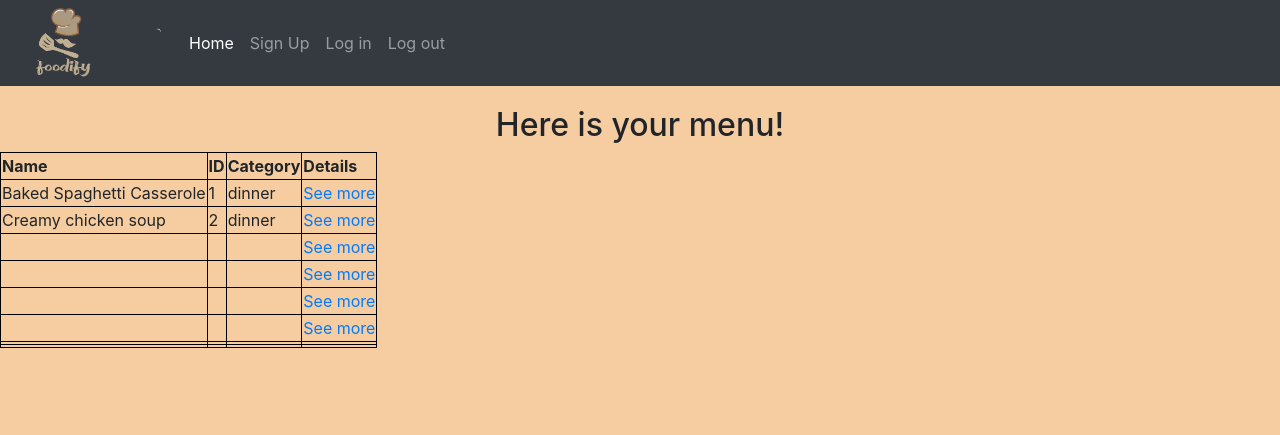
Repository: RanaHisham18/Foodify-Web-App
Page: Project IA raghda/usermenu.html
These files come from the project's save history. The page is drawn as it stood at one moment and after a run of saves; the edit follows.
The browser window is 1280 px wide. The pictures show the whole page.

Above is the page before, as saved 2022-01-06 18:27:58.

### Project IA raghda/usermenu.html
<!DOCTYPE html>
<html lang="en">
<head>
    <meta charset="UTF-8">
    <meta http-equiv="X-UA-Compatible" content="IE=edge">
    <meta name="viewport" content="width=device-width, initial-scale=1.0">
    <link rel="stylesheet" href="https://maxcdn.bootstrapcdn.com/bootstrap/4.0.0/css/bootstrap.min.css"
     integrity="sha384-Gn5384xqQ1aoWXA+058RXPxPg6fy4IWvTNh0E263XmFcJlSAwiGgFAW/dAiS6JXm" crossorigin="anonymous">
     <link rel ="stylesheet" href="usermenu.css">
    <title>Document</title>
</head>
<body>
    <!--Navigation Bar-->
 <nav class="navbar navbar-expand-lg navbar-dark bg-dark sticky-top">
    <img class="image" src="images/foodify.png" alt="Foodify logo">

       <button class="navbar-toggler" type="button" data-bs-toggle="collapse" data-bs-target="#navbarScroll" aria-controls="navbarScroll" aria-expanded="false" aria-label="Toggle navigation">
         <span class="navbar-toggler-icon"></span>
       </button>
     <div class="container-fluid">
         <div class="collapse navbar-collapse" id="navbarScroll">
           <ul class="navbar-nav me-auto my-2 my-lg-0 navbar-nav-scroll" style="--bs-scroll-height: 100px;">
             <li class="nav-item">
               <a class="nav-link active" aria-current="page" href="home.php">Home</a>
             </li>
             <li class="nav-item">
               <a class="nav-link" href="register.php">Sign Up</a>
             </li>
             <li class="nav-item">
               <a class="nav-link" href="login.php">Log in</a>
             </li>
             <li class="nav-item">
               <a class="nav-link" href="login.php">Log out</a>

             </li>
           </ul>

         </div>
       </div>
   </nav>

   <h2>Here is your menu!</h2>

   <table>
<tr>
    <th>Name</th>
    <th>ID</th>
    <th>Category</th>
    <th>Details</th>
</tr>

<tr>
    <td> Baked Spaghetti Casserole</td>
    <td>1</td>
    <td>dinner</td>
    <td><a href="dinner.html">See more</a></td>
</tr>

<tr>
    <td>Creamy chicken soup</td>
    <td>2</td>
    <td>dinner</td>
    <td><a href="dinner.html">See more</a></td>
</tr>

<tr>
    <td></td>
    <td></td>
    <td></td>
    <td><a href="dinner.html">See more</a></td>
</tr>
<tr>
    <td></td>
    <td></td>
    <td></td>
    <td><a href="dinner.html">See more</a></td>
</tr>
<tr>
    <td></td>
    <td></td>
    <td></td>
    <td><a href="dinner.html">See more</a></td>
</tr>
<tr>
    <td></td>
    <td></td>
    <td></td>
    <td><a href="dinner.html">See more</a></td>
</tr>
<tr>
    <td></td>
    <td></td>
    <td></td>
    <td></td>
</tr>
<tr>
    <td></td>
    <td></td>
    <td></td>
    <td></td>
</tr>

   </table>
</body>
</html>

### Project IA raghda/usermenu.css
.image{
    cursor: pointer;
    height:70px;
     width:130px;
    margin-left: 20px;
  }
  .scroll{
      margin-top:200px;
      margin-left:50px;
  }
body
{
    background-color: #f5cda0;
}
h2{
    text-align: center;
    margin-top:  20px;
}
table, th, td {
    border:1px solid black;
  }

After the next 2 saves:
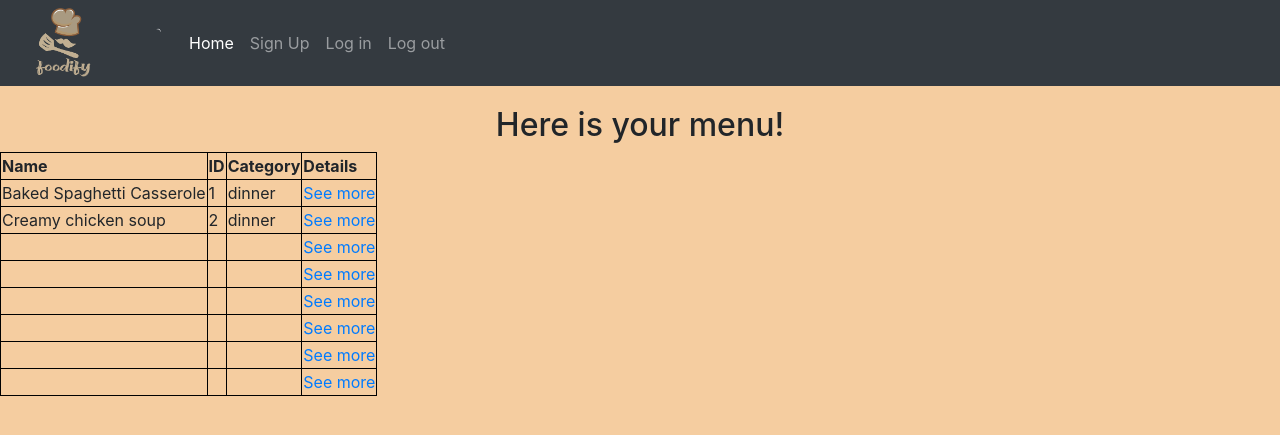
The 2 saves are shown as one change because they came seconds apart.
The last was saved 6 s later.
--- a/Project IA raghda/usermenu.html
+++ b/Project IA raghda/usermenu.html
@@ -91,13 +91,13 @@
     <td></td>
     <td></td>
     <td></td>
-    <td></td>
+    <td><a href="dinner.html">See more</a></td>
 </tr>
 <tr>
     <td></td>
     <td></td>
     <td></td>
-    <td></td>
+    <td><a href="dinner.html">See more</a></td>
 </tr>
 
    </table>
